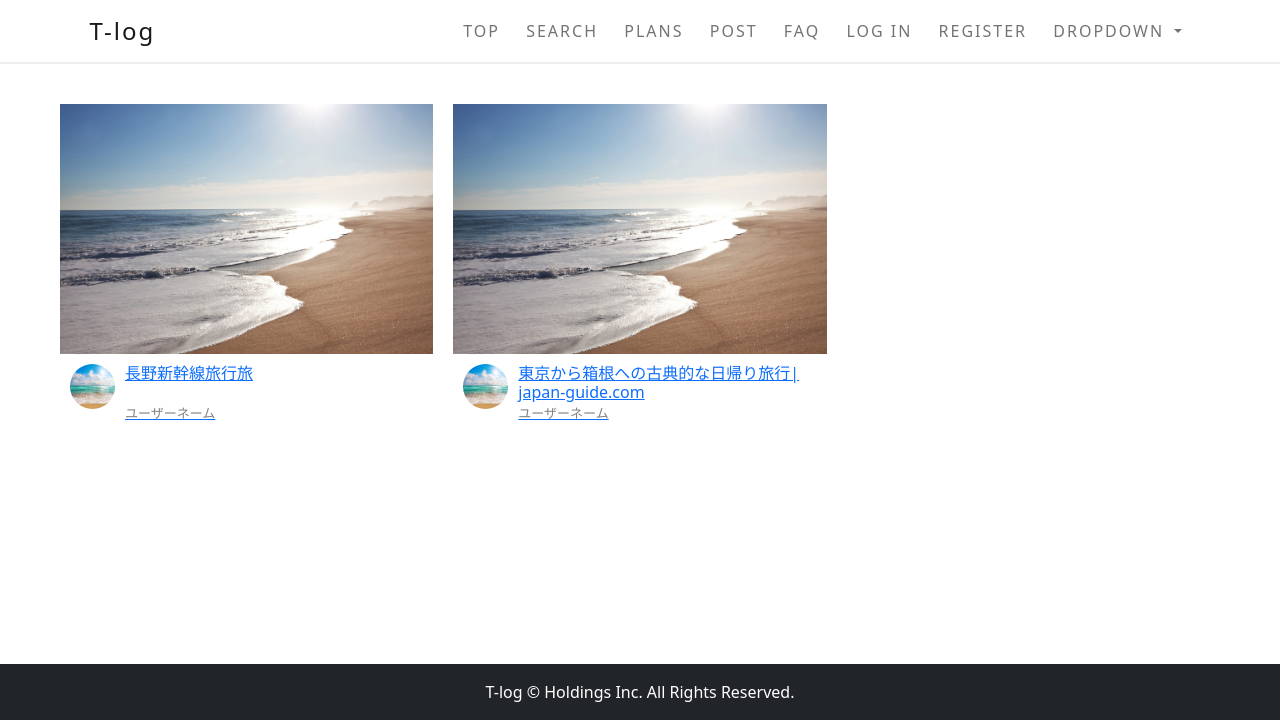
Repository: raddykassy/Rotom
Page: http://localhost/plans
These files come from the project's save history. The page is drawn as it stood at one moment and after the next save; the edit follows.
The browser window is 1280 px wide. The pictures show the whole page.
Some web fonts or font styles are not loaded; a fallback is used. The page is served by the project's application, run on Flask 3 (app.py). Other server files are loaded and not shown. The page reads the database file committed with the project.

Above is the page before, as saved 2022-09-17 15:38:56.

### templates/plans.html
{% extends "layout-2.html" %}

{% block content %}

<main class="site-content">
    <div class="plan-grid-layout">
        {% for plan in plans %}
            <div class="plan-grid-item">
                <!-- 以下に値を渡す -->
                <a href="{{ url_for('plan_content',username=plan["user_id"],post_id=plan["id"]) }}">
                    <div class="thumbnail">
                        <img src="../static/img/mare-fa-bene-2.jpeg" alt="picture">
                    </div>
                    <div class="plan-info">
                        <div class="plan-user-info">
                            <img class="plan-profile__img" src="../static/img/profile01.jpeg" width ="45" height="45" alt="profile">
                        </div>
                        <div class="plan-details">
                            <h3>{{ plan["title"] }}</h3>
                            <p>ユーザーネーム</p>
                        </div>
                    </div>
                </a>
            </div>
        {% endfor %}
    </div>


</main>

{% endblock %}

### templates/layout-2.html
<!-- 透明なnavbarバージョンのlayout -->
<!DOCTYPE html>
<html lang="ja">
<head id="head">
    <meta charset="UTF-8">
    <meta http-equiv="X-UA-Compatible" content="IE=edge">
    <meta name="viewport" content="width=device-width, initial-scale=1.0">
    <title>T-log index</title>
    <!-- bootstrap(css)-->
    <link href="https://cdn.jsdelivr.net/npm/bootstrap@5.0.2/dist/css/bootstrap.min.css" rel="stylesheet" integrity="sha384-EVSTQN3/azprG1Anm3QDgpJLIm9Nao0Yz1ztcQTwFspd3yD65VohhpuuCOmLASjC" crossorigin="anonymous">
    <!-- end bootstrap(css) -->
    <link rel="stylesheet" href="../static/css/style.css">
</head>
<body>
    <div class="wrapper">

            <!-- header -->
            <header class="header normal-hd">
                <nav class="navbar navbar-expand-lg navbar-light .bg-dark text-black">
                    <div class="container-fluid hd-container">
                        <a class="navbar-brand fs-4" href="/">T-log</a>
                        <button class="navbar-toggler" type="button" data-bs-toggle="collapse" data-bs-target="#navbarNavDropdown" aria-controls="navbarNavDropdown" aria-expanded="false" aria-label="Toggle navigation">
                        <span class="navbar-toggler-icon"></span>
                        </button>
                        <div class="collapse navbar-collapse mr-1 navbar-collapseEdit" id="navbarNavDropdown">
                            <ul class="navbar-nav">
                                <li class="nav-item item">
                                    <a class="nav-link" aria-current="page" href="/">TOP</a>
                                </li>
                                <li class="nav-item item">
                                    <a class="nav-link" href="/#search">SEARCH</a>
                                </li>
                                <li class="nav-item item">
                                    <a class="nav-link" href="plans">PLANS</a>
                                </li>
                                <li class="nav-item item">
                                    <a class="nav-link" href="post">POST</a>
                                </li>
                                <li class="nav-item item">
                                    <a class="nav-link" href="inquiry">FAQ</a>
                                </li>
                                <li class="nav-item item">
                                    <a class="nav-link" href="login">LOG IN</a>
                                </li>
                                <li class="nav-item item">
                                    <a class="nav-link" href="register">REGISTER</a>
                                </li>
                                <li class="nav-item dropdown item">
                                    <a class="nav-link dropdown-toggle" href="#" id="navbarDropdownMenuLink" role="button" data-bs-toggle="dropdown" aria-expanded="false">
                                        DROPDOWN
                                    </a>
                                    <ul class="dropdown-menu" aria-labelledby="navbarDropdownMenuLink">
                                        <li><a class="dropdown-item" href="#">Action</a></li>
                                        <li><a class="dropdown-item" href="#">Another action</a></li>
                                        <li><a class="dropdown-item" href="#">Something else here</a></li>
                                    </ul>
                                </li>
                            </ul>
                        </div>
                    </div>
                </nav>
            </header>

        {% block content %}
            <!-- main-content -->
        {% endblock %}


        <footer class="text-center bg-dark p-3">
            <div class="copyright">
                <span class="text-white">T-log © Holdings Inc. All Rights Reserved.</span>
            </div>
        </footer>
    </div>

    <!-- bootstrap(js) -->
    <script src="https://cdn.jsdelivr.net/npm/bootstrap@5.0.2/dist/js/bootstrap.bundle.min.js" integrity="sha384-MrcW6ZMFYlzcLA8Nl+NtUVF0sA7MsXsP1UyJoMp4YLEuNSfAP+JcXn/tWtIaxVXM" crossorigin="anonymous"></script>
    <!-- end bootstrap(js) -->
</body>
</html>

### app.py
from turtle import title
from flask import Flask, render_template, request, redirect, session
import sqlite3

app = Flask(__name__)
app.secret_key = "123456789rotom"

USERLIST = {
    'kaito@gmail.com':'114',
    'ryoga@gmail.com':'066',
    'kosuke@gmail.com':'112',
    'h.kawara1717@gmail.com':'126'
}

@app.route('/')
def index():
    # print(USERLIST)
    return render_template('index.html')


# loginページ
@app.route('/login', methods=['GET', 'POST'])
def login():
    """
    GET: loginページの表示
    POST: username, passwordの取得, sesion情報の登録
    """
    if request.method == 'POST':
        email = request.form.get("email")
        password = request.form.get('password')

        if not email in USERLIST:
            return """<h1>email または password が間違っています</h1>"""
        if USERLIST[email] != password:
            return """<h1>email または password が間違っています</h1>"""

        session[email] = email

        return """
        <h1>ログインに成功しました</h1>
        <p><a href='/'> ⇒top page</p>
        """

    else:
        return render_template("login.html")


# logout
@app.route("/logout")
def logout():
    session.clear()
    return redirect('/')

# register
@app.route("/register", methods=["GET", "POST"])
def register():
    """
    GET: register.htmlの表示
    POST: ユーザの追加
    """

    if request.method == 'POST':
        email = request.form.get("email")
        password = request.form.get('password')
        confirmation = request.form.get('confirm-password')

        if email in USERLIST:
            return """<h1>このemailは登録済みです<h1>"""
        if password != confirmation:
            return """<h1>passwordが一致しません</h1>"""

        # 辞書に追加(flask終了するごとにUSERLISTはリセット)
        USERLIST[email]=password
        # print(USERLIST)
        return redirect ("/")


    else:
        return render_template("register.html")

@app.route("/post", methods=["GET", "POST"])
def post():
    return render_template("post.html")

@app.route('/inquiry')
def inquiry():
    return render_template('inquiry.html')

@app.route('/plan')
def plan():
    return render_template('plan.html')

@app.route('/serach')
def search():
    return render_template('search.html')

@app.route('/content')
def content():
    return render_template('content.html')

#データベースから取ってきた値を辞書形式で扱えるように
def user_lit_factory(cursor, row):
   d = {}
   for idx, col in enumerate(cursor.description):
       d[col[0]] = row[idx]
   return d

@app.route('/plans')
def plans():
    #データベースから情報を取ってきて、plans.htmlに渡す。
    #渡す情報　plan_places, plans
    dbname = "Rotom.db"
    conn = sqlite3.connect(dbname)
    conn.row_factory = user_lit_factory

    cur = conn.cursor()

    #plansを全て取得
    plans = list(cur.execute("SELECT * FROM plans"))

    print(plans)
    return render_template('plans.html',plans=plans)


@app.route('/plan_content/<username>/<int:post_id>')
def plan_content(username, post_id):
    #データベースから情報を取ってきて、content.htmlに渡す。

    dbname = "Rotom.db"
    conn = sqlite3.connect(dbname)
    conn.row_factory = user_lit_factory

    cur = conn.cursor()

    place_info_li = list(cur.execute("SELECT * FROM plan_places WHERE plan_id = ?", (post_id,)))
    plan_info = list(cur.execute("SELECT * FROM plans WHERE id=?", (post_id,)))


    print()
    return render_template('content.html', plan_info = plan_info, username = username, place_info_li = place_info_li)

### static/css/style.css
/* fonts */
@import url('https://fonts.googleapis.com/css2?family=Zen+Old+Mincho:wght@700&display=swap');
@import url('http://fonts.cdnfonts.com/css/ink-free');
@import url('https://fonts.googleapis.com/css?family=Noto+Sans+JP&display=swap');
/* end fonts */

/* common */
.wrapper {
    position: relative;
    min-height: 100vh;
    padding-bottom: 2rem;
    box-sizing: border-box;
}

ul {
    list-style-type: none;
}

/* header */

header {
    position: fixed;
    width: 100%;
    z-index: 999;
    letter-spacing: 2px;
}

/* excepted index.html */
.normal-hd {
    position: relative !important;
    border-bottom: 2px solid;
    border-color: #efefef;
}
/* excepted index.html */

.navbar-collapseEdit {
    flex-grow: 0;
}

.hd-container {
    padding: 0 7vw;
}

ul li.item:not(:first-of-type) {
    padding-left: .8vw;
}

.catch-phrase {
    font-family: 'Zen Old Mincho', serif;
    margin-bottom: 2rem;
}

.catch-copy {
    font-family: 'Ink Free', sans-serif;
    font-size: 8vw;
}
/* end header */

/* footer */
footer {
    width: 100%;
    position: absolute;
    bottom: 0;
}
/* footer end */

/* common end */

/* main(index.html) */
.mainContents {
    width: 100%;
    height: auto;
    padding: 30vh 0;
    text-align: center;
    align-items: center;
    background-image: url("../img/bg-img01.jpg");
    background-position: center;
    background-size: cover;
    background-repeat: no-repeat;
    position: relative;
}

.headline {
    z-index: 10;
}

.bg-img-blur {
    position: absolute;
    z-index: 1;
    width: 100%;
    height: auto;
    top: 0;
    right: 0;
    left: 0;
    bottom: 0;
    background-color: rgba(0, 0, 0, 0.5);
}

.btn-search {
    font-family: 'Noto Sans JP', sans-serif;
    color: #FFFFFF;
    border: none;
    border-radius: 1.25rem;
    background: linear-gradient(to right, #f173d6, #0468ff);
    padding: 0.5rem 2.95rem;
    border-color: aliceblue;
}

/* main end */


/* form-search(index.html) */
.form-search {
    text-align: center;
}
/* form-search end */

/*------ post(post.html)------- */
/* .planning {
    margin-top: 30px;
}

.planning-wrapper {
    display: flex;
    justify-content: space-around;
}

.post-plan-form > input {
    display: block;
    width: 100%;
    margin: 20px;
}

#map {
    width: 40vw;
    height: 50vh;
    margin: 0 auto;
}

.input_geo_name {
    width: 500px;
} */

.post-wrapper {
    display: flex;
    margin-bottom: 3rem;
}

.planning, .mapping {
    padding: 20px;
}

.planning {
    text-align: center;
    background: pink;
    width: 60%;
    margin-right: 20px;
}

.mapping {
    text-align: center;
    background: skyblue;
    width: 40%;
}

.planning-form {
    width: 60%;
    margin: 0 auto;
}

.mapping ul {
    background-color: #f0f0f0;
    padding: 30px;
}

.add-plan-btn {
    border-radius: 1.5rem;
    padding: .475rem 1.1rem;
}

.delete-plan-btn {
    border-radius: 1.5rem;
    color: #FFFFFF;
    background-color: #ff0505e0;
    border-color: #ff0505e0;
    padding: .475rem 1.1rem;
}

.delete-plan-btn:hover {
    color: #FFFFFF;
    background-color: #b40d0de0;
    border-color: #b40d0de0;
    padding: .475rem 1.1rem;
}

.submit-plan-btn {
    border-radius: 1.5rem;
    padding: .475rem 1.1rem;
}

.plan-map-wrapper {
    width: 100%;
    height: 100%;
}

#map {
    width: 100%;
    height: 100%;
    margin: 0 auto;
}

.btn:focus {
    outline: 0;
    box-shadow: none;
}



/* -------end post(post.html)------- */


.video-container{
    position: relative;
    overflow: hidden;
    width: 100%;
    background: #000;
    /* margin-top: 70px; */

}

.video-container{aspect-ratio:16 / 9;width:100%;height:100%}

/* 縦横比率をレスポンシブに */
iframe {aspect-ratio:16 / 9;width:100%;height:100%}

.youtube-video {
    position: absolute;
    top: 0;
    left: 0;
    bottom: 0;
    right: 0;
    width: 100%;
    height: 100%;

}

.column{
    display: flex;
    justify-content: space-between;
    margin: 20px;
    padding-bottom: 30px;
}


/* 境界線 */
.title{
    border-bottom: 1px solid rgba(0,0,0,0.1);
}

.title h1{
    padding-left: 20px;
    padding-bottom: 15px;
}

.user_info{
    border-top: 1px solid rgba(0,0,0,0.1);
    border-bottom: 1px solid rgba(0,0,0,0.1);
}

.trip-route{
    border-bottom: 1px solid rgba(0,0,0,0.1);
}
/*
.user_name{
    color: #545454;
} */

/* プロフィール */
.profile__img {
    display: block;
    width: 70px;
    height: 70px;
    border-radius:50%;
    /* margin: 0 auto; */
  }

  .user_info {
    display: flex;
    flex-direction: row;
    background: #FFF;
    padding: 2rem;
  }

  .user_name{
    margin-left: 20px;
    padding:20px 0;
    align-items: center;
  }

  .destination-num{
    position: absolute;
    left: 51px;
    top: 50%;
    -webkit-transform: translate(-50%,-50%);
    transform: translate(-50%,-50%);
    width: 40px;
    height: 40px;
    border-radius: 50%;
    z-index: 3;
    font-weight: 700;
    line-height: 40px;
    text-align: center;
    pointer-events: none;
    background: #B8FFCC;
  }


.content-facade {
    position: absolute;
    height: 44px;
    cursor: pointer;
}


/* ここからcontentのlist */
ol {
    counter-reset: item;
    list-style-type: none;
    line-height: 2.2;
    margin-left: -40px;
  }

ol li {
display: block;
position: relative;
}

ol li span {
margin-left: 40px;
}


ol li:before {
    content: counter(item) " ";
    counter-increment: item;
    color: white;
    position: absolute;
    top: 50%;
    margin-top: -1em;
    background: linear-gradient(90deg, hsla(145, 84%, 73%, 1) 0%, hsla(150, 61%, 48%, 1) 100%);
    height: 2em;
    width: 2em;
    line-height: 2em;
    text-align: center;
    border-radius: 2em;
    font-weight: 700;
  }

.line{
    margin-left: 15px;
    position: relative;
}

.start-point li::marker{
    content: "🚩";
    font-size: 35px;
}
.end-point li::marker{
    content: "🚩";
    font-size: 35px;

}



/* ここまでcontentのlist */


.plan-page-map {
    /* width: 80%; */
    margin: auto;
    width: 90%;
    height: 500px;
    border: 3px solid;
    padding: 10px;

}


.map-container{
    margin-top: 20px;
}

  /* マップとスケジュールを2分割 */
@media ( min-width : 600px ){

    .flexbox {
    width: 100%;
    margin: 0 auto;
    display: -webkit-flex;
    display: flex;
    }

.schedule-container,
.map-container
{
    -webkit-flex: 1;
    flex: 1;
    background: none;
}
}

/* ここからプランページ一覧のcss */

.plan-info{
    display: flex;
    flex-direction: row;
}

.plan-grid-layout{
    margin: 30px 50px;
}

.plan-grid-layout{
    display: grid;
    /* 3カラムのグリッド */
    grid-template-columns: 1fr 1fr 1fr;

    /* column-gap: 50px; */
}


.plan-grid-layout>div{
    margin-bottom: 20px;
    padding: 10px;
    box-sizing: border-box;
}

.thumbnail img {
    width: 100%;
    height: 250px;
}

.plan-user-info{
    width: 45px;
    height: 45px;
}


.plan-user-info img{
    margin-left: 10px;
    margin-top:10px;
    /* display: block; */
    /* height: ; */
    width: 45px;
    height: 45px;
    border-radius:50%;
}



.plan-details{
    height: 80px;
    margin-left: 20px;
    margin-top: 10px;
}

.plan-details h3 {
    display: block;
    text-align:left;
    margin-left: 0%;
    font-size: medium;
    margin: auto;
    table-layout: fixed;
    height: 50%;
}

.plan-details p{
    color: gray;
    font-size: small;
    height: 50%;
}

/* ここまでプランページ一覧のcss */

### Rotom.db (the tables this page reads, as SQL)
CREATE TABLE plans(
    id INTEGER PRIMARY KEY AUTOINCREMENT,
    user_id INTEGER NOT NULL,
    title TEXT NOT NULL,
    description TEXT,
    schedule TEXT,
    url TEXT,
    time TIMESTAMP DEFAULT CURRENT_TIMESTAMP,
    FOREIGN KEY(user_id) REFERENCES users(id));
INSERT INTO "plans" VALUES
(1, 1, '長野新幹線旅行旅', NULL, NULL, 'https://youtu.be/kQpssznrf-g', '2022-09-15 09:11:23'),
(2, 2, '東京から箱根への古典的な日帰り旅行| japan-guide.com', NULL, NULL, 'https://youtu.be/sQAa7zMFJKE', '2022-09-16 11:31:38');

After the next save:
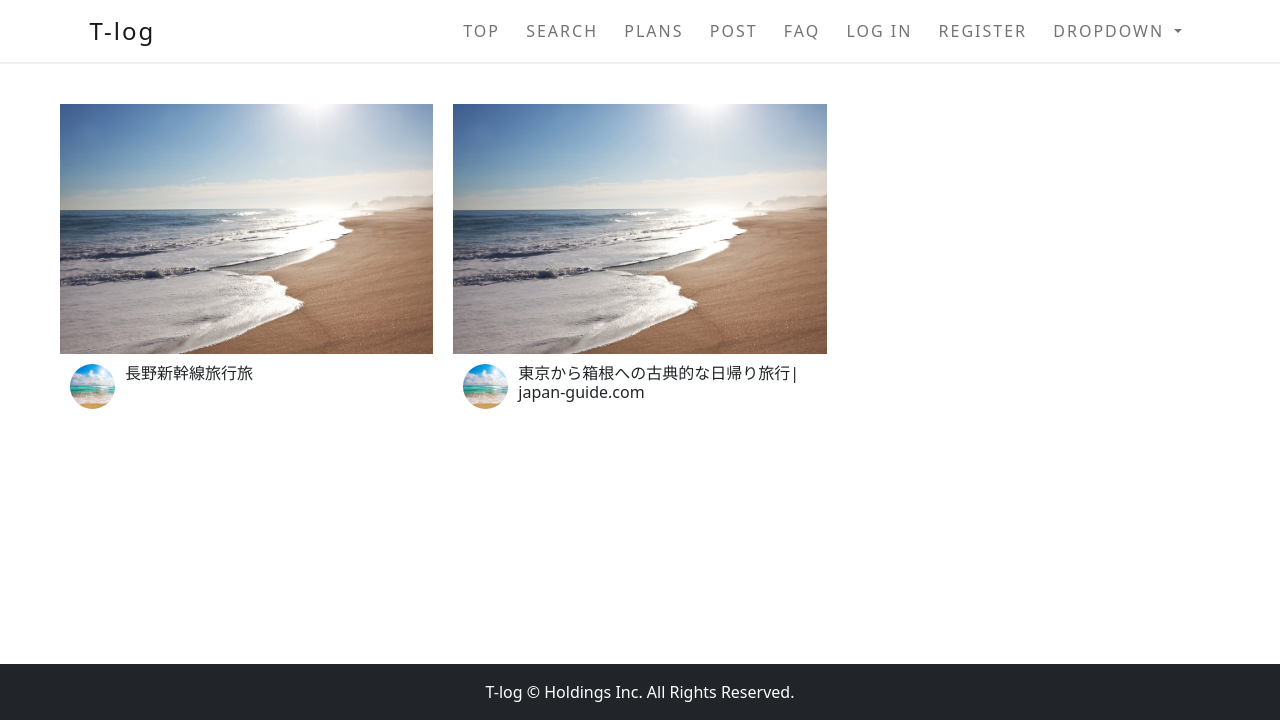
Saved 37 s later.
--- a/templates/plans.html
+++ b/templates/plans.html
@@ -11,16 +11,16 @@
                     <div class="thumbnail">
                         <img src="../static/img/mare-fa-bene-2.jpeg" alt="picture">
                     </div>
+                </a>
                     <div class="plan-info">
                         <div class="plan-user-info">
                             <img class="plan-profile__img" src="../static/img/profile01.jpeg" width ="45" height="45" alt="profile">
                         </div>
                         <div class="plan-details">
                             <h3>{{ plan["title"] }}</h3>
-                            <p>ユーザーネーム</p>
                         </div>
                     </div>
-                </a>
+
             </div>
         {% endfor %}
     </div>
